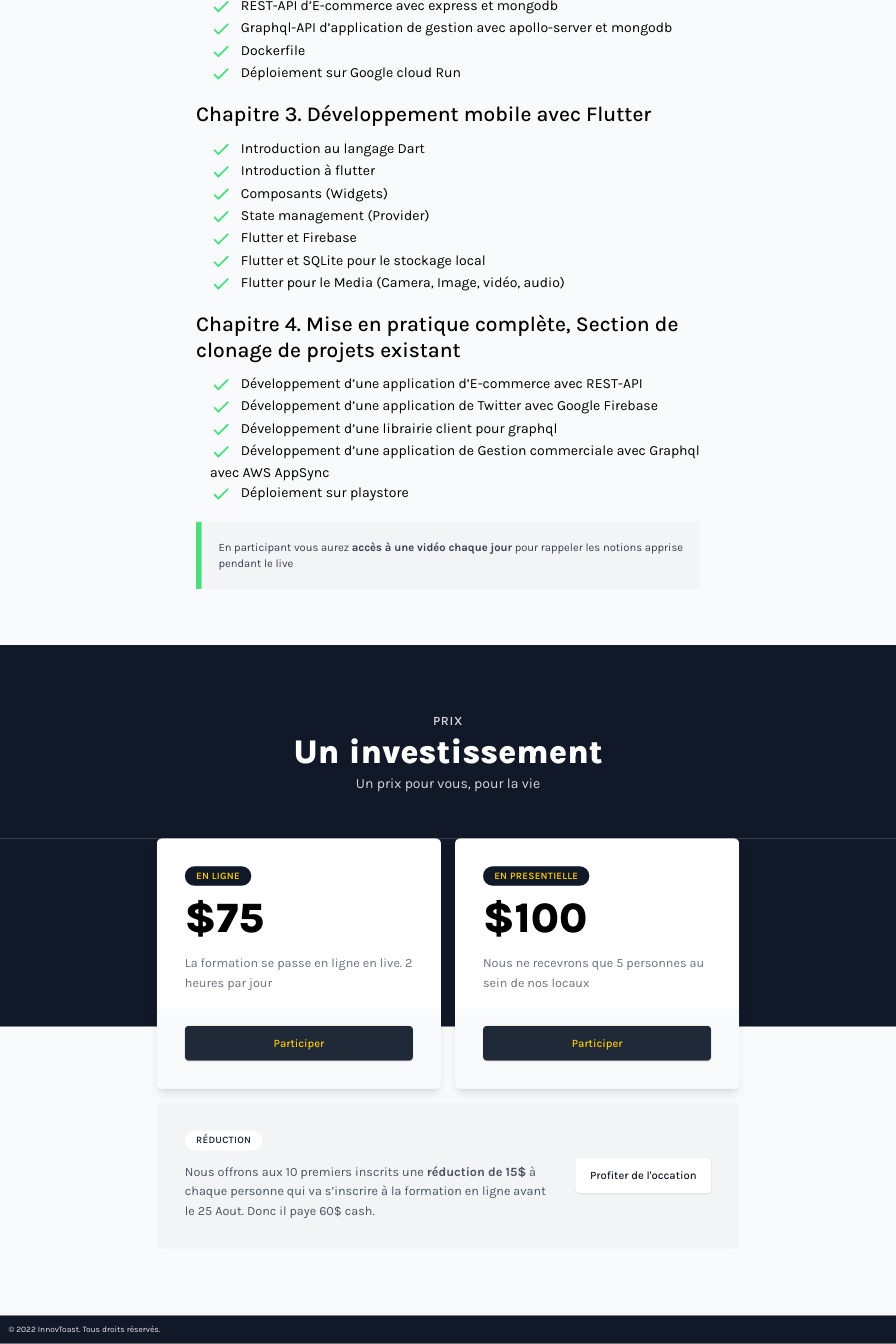
Repository: alfredlwanzo/course
Page: /
These files come from the project's save history. The page is drawn as it stood at one moment and after the next save; the edit follows.
The browser window is 1280 px wide. The pictures show the part of the page from y = 1558 to 3478 px (the page is 3478 px tall), at 70% of full size.
The project was rebuilt for these pictures with package versions that can differ from the ones it lists, and the page was loaded fresh each time. The framework's server and built-in components were replaced by stand-ins that run in the browser. Also part of the build but not shown: next.config.js.

Above is the page before, as saved 2022-08-09 14:34:15.

After the next save:
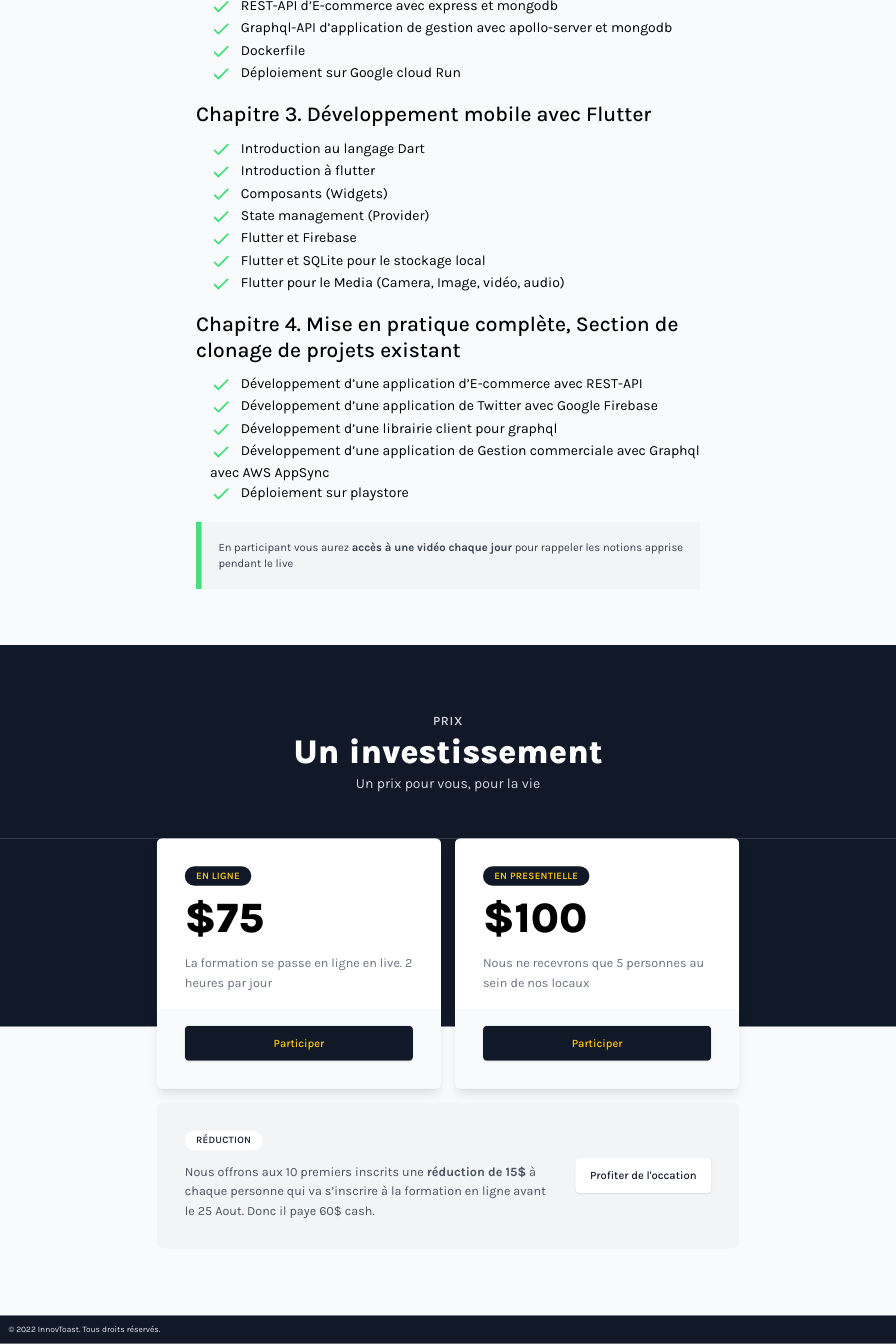
Saved 42 s later.
--- a/src/components/sections/Pricing.tsx
+++ b/src/components/sections/Pricing.tsx
@@ -59,7 +59,7 @@
                         href={tier.href}
                         target="_blank"
                         rel="noreferrer"
-                        className="flex items-center justify-center px-5 py-3 border border-transparent text-base font-medium rounded-md text-primary bg-gray-800 hover:bg-gray-900"
+                        className="flex items-center justify-center px-5 py-3 border border-transparent text-base font-medium rounded-md text-primary bg-gray-900 hover:bg-gray-900"
                         aria-describedby="tier-standard"
                       >
                         Participer
